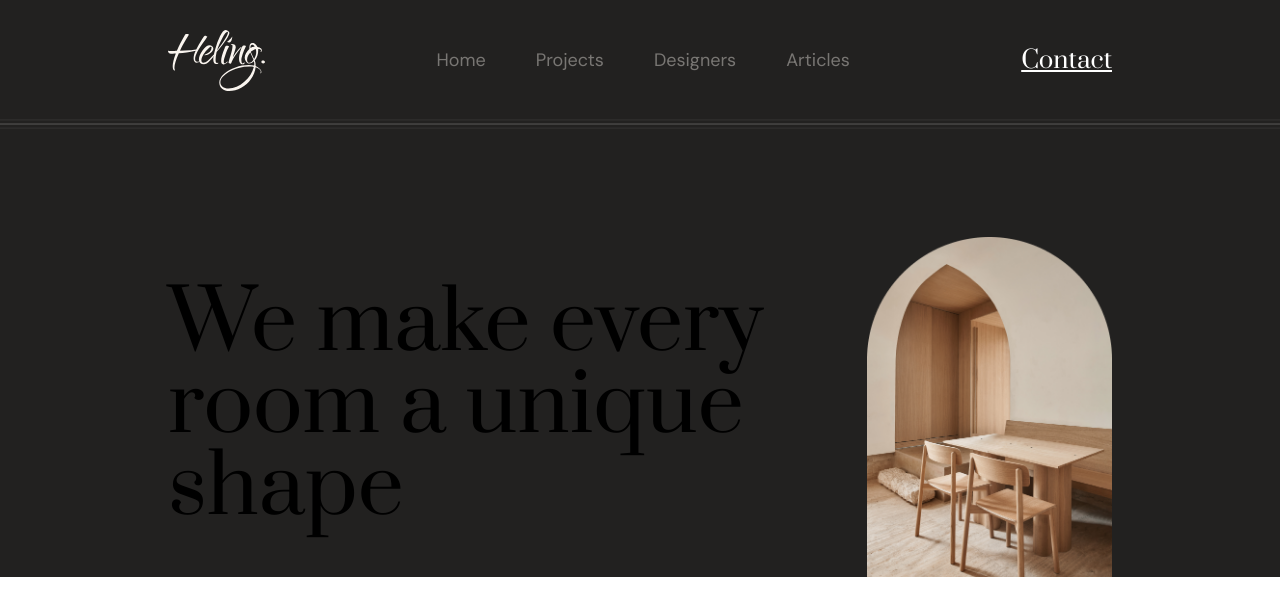
Repository: vandangnhathung/healingui_website
Page: /
These files come from the project's save history. The page is drawn as it stood at one moment and after the next save; the edit follows.
The browser window is 1280 px wide. The pictures show the whole page.
The project was rebuilt for these pictures with package versions that can differ from the ones it lists, and the page was loaded fresh each time. Also part of the build but not shown: src/App.css.

Above is the page before, as saved 2022-03-16 13:00:02.

### src/App.js
import "./App.css";
import Container from "./components/Container/Container";
import Header from "./components/Header/Header";
function App() {
  return (
    <div>
      <Header></Header>
      <Container></Container>
    </div>
  );
}

export default App;

### src/components/Container/Container.js
import React from "react";
import styled from "styled-components";
import Image1 from "../../Images/Image1.png";
const Container = () => {
  const StyledContainer = styled.div`
    background-color: #222120;
    @import url("https://fonts.googleapis.com/css2?family=DM+Sans:wght@400;500;700&display=swap");
    font-family: "DM Sans", sans-serif;
    @import url("https://fonts.googleapis.com/css2?family=Prata&display=swap");
  `;
  const Container = styled.div`
    padding: 108px 168px 0;
    display: flex;
    align-items: center;
    justify-content: space-between;
  `;
  const Slogan = styled.h2`
    letter-spacing: -2%;
    font-size: 82px;
    line-height: 1;
    font-family: "Prata", serif;
  `;
  const Image1Div = styled.img`
    width: auto;
    height: auto;
  `;
  return (
    <StyledContainer>
      <Container>
        <div>
          <Slogan>We make every room a unique shape</Slogan>
        </div>
        <div>
          <Image1Div src={Image1} alt="" />
        </div>
      </Container>
    </StyledContainer>
  );
};

export default Container;

### src/components/Header/Header.js
import React from "react";
import styled from "styled-components";
import headerLine from "../../Images/header-line.png";
const Header = () => {
  const StyledHeader = styled.div`
    background-color: #222120;
    @import url("https://fonts.googleapis.com/css2?family=DM+Sans:wght@400;500;700&display=swap");
    font-family: "DM Sans", sans-serif;
    @import url("https://fonts.googleapis.com/css2?family=Prata&display=swap");
  `;
  const Header = styled.div`
    display: flex;
    justify-content: space-between;
    align-items: center;
    padding: 30px 168px 28px;
  `;
  const ListNav = styled.ul`
    color: #faf5ef;
    opacity: 0.4;
    font-weight: 400;
    font-size: 18px;
    line-height: 0.6;
    display: flex;
    align-items: center;
    list-style: none;
    gap: 0 50px;
  `;
  const ItemNav = styled.li`
    cursor: pointer;
  `;
  const ContactDiv = styled.h3`
    font-family: "Prata", serif;
  `;
  return (
    <StyledHeader>
      <Header>
        <div>
          <svg
            width="97"
            height="61"
            viewBox="0 0 97 61"
            fill="none"
            xmlns="http://www.w3.org/2000/svg"
          >
            <path
              d="M0.241098 20.6943L1.38631 20.9951C5.56534 20.9951 8.05669 20.9349 8.86035 20.8146C11.1106 15.6009 13.8832 10.1667 17.1782 4.51183C17.4595 4.23109 18.1426 4.09073 19.2276 4.09073C20.3125 4.09073 20.855 4.35141 20.855 4.87278L17.9618 9.50493C15.5508 13.5957 13.5618 17.3254 11.9946 20.6943L21.9399 20.213C23.4267 20.1328 25.5162 19.8922 28.2085 19.4911C29.856 16.2827 31.6039 13.2147 33.4523 10.287C35.3008 7.3192 36.4661 5.8353 36.9483 5.8353C37.4305 5.8353 37.9327 5.95562 38.4551 6.19625C39.0177 6.39678 39.299 6.61736 39.299 6.85799C38.8569 7.45956 38.3547 8.14135 37.7921 8.90335C37.2697 9.66535 36.7272 10.4274 36.1647 11.1893C30.1372 19.2104 27.1235 25.1861 27.1235 29.1164C27.1235 30.9211 27.8468 31.8235 29.2934 31.8235L31.3427 31.5227C31.4633 31.5227 31.5236 31.5628 31.5236 31.643C31.5236 31.8435 31.1619 32.0641 30.4386 32.3047C29.7153 32.5855 29.1528 32.7258 28.7509 32.7258C27.8267 32.7258 27.0632 32.3248 26.4605 31.5227C25.8979 30.7206 25.6167 29.7179 25.6167 28.5148C25.6167 26.2288 26.2998 23.6621 27.666 20.8146C21.1563 22.3787 15.5508 23.1607 10.8494 23.1607C7.91605 29.6177 6.44937 34.4303 6.44937 37.5986C6.44937 38.5611 6.56992 39.263 6.81102 39.7041C7.05211 40.1453 7.17266 40.406 7.17266 40.4862C7.17266 40.5664 7.07221 40.6065 6.87129 40.6065C5.4247 40.6065 4.70141 39.1026 4.70141 36.0947C4.70141 33.0868 5.74617 28.8757 7.83568 23.4615C5.50507 23.622 3.87766 23.7022 2.95345 23.7022C0.984483 23.7022 0 22.7597 0 20.8748C0 20.7544 0.0803659 20.6943 0.241098 20.6943Z"
              fill="#FAF5EF"
            />
            <path
              d="M46.2833 24.1834C46.5244 24.1834 46.6449 24.2837 46.6449 24.4842C46.6449 24.6446 46.6047 24.8051 46.5244 24.9655C42.3052 31.1016 38.8092 34.1696 36.0366 34.1696C32.6211 34.1696 30.9133 32.5855 30.9133 29.4172C30.9133 26.9707 32.1188 24.003 34.5297 20.5138C36.9809 17.0247 39.3517 15.2801 41.6421 15.2801C42.6065 15.2801 43.4504 15.6009 44.1737 16.2426C44.9371 16.8442 45.3189 17.5861 45.3189 18.4684C45.3189 19.9924 44.3746 21.4964 42.486 22.9803C40.5974 24.4642 38.7691 25.2061 37.001 25.2061C36.6394 25.2061 36.4585 25.1259 36.4585 24.9655L36.6394 24.6647C41.2604 23.2209 43.5709 20.8547 43.5709 17.5661C43.5709 17.0848 43.4102 16.8442 43.0887 16.8442C42.6065 16.8442 41.8029 17.3054 40.6777 18.2278C38.7088 19.832 37.001 21.8373 35.5544 24.2436C34.1078 26.6499 33.3845 28.6752 33.3845 30.3195C33.3845 31.9638 34.0074 32.786 35.253 32.786C36.6594 32.786 38.2467 32.044 40.0147 30.5602C41.1398 29.5174 42.4458 28.1939 43.9326 26.5897C45.4595 24.9855 46.2431 24.1834 46.2833 24.1834Z"
              fill="#FAF5EF"
            />
            <path
              d="M49.0196 33.0868L49.984 32.786C50.1849 32.786 50.2854 32.8863 50.2854 33.0868C50.2854 33.7285 49.5822 34.0493 48.1758 34.0493C46.247 34.0493 45.2826 32.4451 45.2826 29.2367C45.2826 27.1111 45.9255 23.7423 47.2114 19.1302C48.4973 14.478 50.1247 10.1266 52.0936 6.07593C54.0626 2.02531 55.8307 0 57.3978 0C58.2818 0 59.1658 0.300787 60.0499 0.902364C60.9339 1.46384 61.3759 2.08547 61.3759 2.76726C61.3759 5.65483 57.1165 12.0717 48.5977 22.0177C47.9146 24.9855 47.573 27.5723 47.573 29.7781C47.573 31.9839 48.0552 33.0868 49.0196 33.0868ZM59.9293 2.58678C59.9293 2.10552 59.7887 1.86489 59.5074 1.86489C58.3019 1.86489 56.5539 4.01052 54.2635 8.30177C51.9731 12.5529 50.2251 16.6035 49.0196 20.4536C56.2928 10.9487 59.9293 4.9931 59.9293 2.58678Z"
              fill="#FAF5EF"
            />
            <path
              d="M64.165 6.73767C64.2454 6.73767 64.2856 6.83793 64.2856 7.03846L63.9842 8.78304C63.3814 11.2696 62.4572 12.5128 61.2116 12.5128C60.2873 12.5128 59.5641 12.2722 59.0417 11.7909C60.5686 10.7482 62.2764 9.06377 64.165 6.73767ZM61.0307 16.6035C59.7851 18.7291 58.5997 21.4362 57.4745 24.7248C56.3494 27.9734 55.7869 30.2193 55.7869 31.4625C55.7869 32.7058 56.048 33.3274 56.5704 33.3274C56.9321 33.3274 57.3942 33.1068 57.9567 32.6657C58.5193 32.2245 58.8609 31.9438 58.9814 31.8235C59.102 31.7032 59.2426 31.5828 59.4033 31.4625C59.5641 31.4625 59.6444 31.5427 59.6444 31.7032C59.6444 32.1844 59.0618 32.7459 57.8965 33.3876C56.7713 34.0694 55.9476 34.4103 55.4252 34.4103C53.8983 34.4103 53.1348 33.3074 53.1348 31.1016C53.1348 27.8129 54.3403 23.4214 56.7512 17.927C56.7512 17.7666 56.8517 17.4658 57.0526 17.0247C57.2937 16.5835 57.4745 16.3028 57.5951 16.1824C57.8764 15.9017 58.2581 15.7613 58.7403 15.7613C60.1467 15.7613 60.9102 16.0421 61.0307 16.6035Z"
              fill="#FAF5EF"
            />
            <path
              d="M78.0084 16.3629C78.0084 16.2025 77.9079 16.3028 77.707 16.6637C76.5819 18.7091 75.5773 21.1755 74.6933 24.0631C73.8092 26.9507 73.3672 28.8356 73.3672 29.7179C73.3672 32.1644 73.8092 33.3876 74.6933 33.3876C74.9745 33.3876 75.3362 33.187 75.7782 32.786C76.2604 32.425 76.4613 32.2446 76.381 32.2446C76.5015 32.2446 76.5618 32.405 76.5618 32.7258C76.5618 33.7686 75.959 34.2899 74.7535 34.2899C73.548 34.2899 72.6238 33.7485 71.9809 32.6657C71.338 31.6229 71.0165 30.119 71.0165 28.1538C71.0165 26.1887 71.5389 23.6019 72.5837 20.3935C73.6284 17.145 74.633 15.5207 75.5974 15.5207H75.8988C77.3052 15.5207 78.0084 15.8014 78.0084 16.3629ZM73.307 16.9645C73.3471 17.0046 73.3672 17.0848 73.3672 17.2051C73.3672 17.2853 73.2065 17.526 72.885 17.927C68.5453 23.1808 65.5315 27.6726 63.8439 31.4024L63.3014 32.9665C63.0603 33.4076 62.7589 33.6282 62.3973 33.6282C62.0356 33.6282 61.6338 33.5279 61.1918 33.3274C60.7498 33.1269 60.5288 32.8863 60.5288 32.6055C60.5288 31.9237 61.1918 29.5174 62.5178 25.3866C63.8439 21.2156 64.5069 18.0874 64.5069 16.002C64.5069 15.4405 64.3662 15.0996 64.085 14.9793C63.8037 14.859 63.5224 14.8189 63.2411 14.859C62.9598 14.859 62.8192 14.7587 62.8192 14.5582C62.8192 14.1972 63.1206 14.0168 63.7233 14.0168C66.4156 14.0168 67.7617 15.1197 67.7617 17.3254C67.7617 18.1676 66.7973 21.4362 64.8685 27.1312C66.6366 24.3639 68.3444 21.9776 69.9919 19.9724C71.6394 17.9671 72.7444 16.9645 73.307 16.9645Z"
              fill="#FAF5EF"
            />
            <path
              d="M86.7293 30.3797C87.3321 31.5026 87.6334 33.0066 87.6334 34.8915C87.6334 35.2926 87.6134 35.6736 87.5732 36.0345C89.2207 36.7163 90.5869 37.5986 91.6718 38.6815C92.797 39.7643 93.3595 40.787 93.3595 41.7495C93.3595 42.7521 93.1184 43.2534 92.6362 43.2534C92.5157 43.2534 92.4152 43.1331 92.3349 42.8925C92.6563 42.4513 92.817 42.0302 92.817 41.6292C92.817 40.787 92.2746 39.9448 91.1896 39.1026C90.1047 38.2604 88.9193 37.6387 87.6334 37.2377C87.1512 41.3685 85.6042 45.2587 82.9923 48.9083C80.4206 52.598 77.1658 55.5256 73.2278 57.6913C69.2899 59.8971 65.2515 61 61.1127 61C58.2999 61 55.9692 60.2179 54.1208 58.6538C52.2322 57.0897 51.2879 54.9241 51.2879 52.1568C51.2879 49.4296 52.835 46.6824 55.9291 43.9152C59.0232 41.188 62.8606 39.0223 67.4415 37.4181C71.9822 35.8139 76.4425 35.0118 80.8224 35.0118C82.8718 35.0118 84.6197 35.1923 86.0663 35.5533C86.227 35.072 86.3074 34.6308 86.3074 34.2298C86.3074 32.8662 86.1467 31.9037 85.8252 31.3422C84.2581 32.786 82.8316 33.5079 81.5457 33.5079C80.2599 33.5079 79.1347 32.8863 78.1704 31.643C77.206 30.3997 76.7238 29.0763 76.7238 27.6726C76.7238 24.8652 78.2708 21.9576 81.3649 18.9497C81.3649 16.6637 81.606 15.1197 82.0882 14.3176C82.6106 13.5154 83.5549 13.1144 84.9211 13.1144C86.3275 13.1144 87.8545 14.4379 89.502 17.0848C92.3951 17.6062 93.8417 18.669 93.8417 20.2732C93.8417 20.6341 93.7212 21.0151 93.4801 21.4162C93.2792 21.7771 93.0581 21.9576 92.817 21.9576C92.5759 21.9576 92.4554 21.8774 92.4554 21.717C92.8572 21.4362 93.0581 21.1154 93.0581 20.7544C93.0581 19.5513 92.0938 18.9497 90.165 18.9497C90.2052 19.2705 90.2253 19.6916 90.2253 20.213C90.2253 24.0631 89.0599 27.452 86.7293 30.3797ZM86.6691 16.784C86.1065 15.4605 85.2627 14.7988 84.1375 14.7988C83.0124 14.7988 82.4498 15.8817 82.4498 18.0473V18.1075C83.7759 17.2252 85.0216 16.784 86.1869 16.784H86.6691ZM88.2362 22.0177C88.2362 20.8948 88.0554 19.8922 87.6937 19.0099C87.0106 19.2505 86.0261 19.7117 84.7403 20.3935C83.4946 21.0352 82.8718 21.4964 82.8718 21.7771C82.8718 22.098 83.9366 24.4842 86.0663 28.9359C87.5129 26.8504 88.2362 24.5444 88.2362 22.0177ZM79.0745 29.6578C79.0745 31.7433 79.8781 32.786 81.4854 32.786C82.8918 32.786 84.2179 31.8034 85.4636 29.8383L82.3293 22.3787C81.4854 23.2209 80.722 24.3639 80.0389 25.8077C79.3959 27.2515 79.0745 28.5348 79.0745 29.6578ZM81.8471 36.5759C78.0297 36.5759 74.2726 37.0572 70.5758 38.0197C66.8789 39.0224 63.7246 40.2656 61.1127 41.7495C58.5008 43.2735 56.3912 44.9379 54.7838 46.7426C53.1765 48.5473 52.3729 50.3721 52.3729 52.217C52.3729 54.1019 53.0962 55.6058 54.5428 56.7288C55.9492 57.8918 57.9382 58.4734 60.5099 58.4734C66.0552 58.4734 71.3192 56.2676 76.3018 51.856C81.2443 47.4845 84.4188 42.4914 85.8252 36.8767C84.8608 36.6762 83.5348 36.5759 81.8471 36.5759Z"
              fill="#FAF5EF"
            />
            <path
              d="M95.1315 30.5C95.6137 30.5 96.0356 30.6604 96.3973 30.9813C96.7991 31.262 97 31.5828 97 31.9438C97 32.3448 96.7991 32.6857 96.3973 32.9665C96.0356 33.2472 95.674 33.3876 95.3123 33.3876C94.0265 33.3876 93.3835 32.8462 93.3835 31.7633C93.3835 30.9211 93.9662 30.5 95.1315 30.5Z"
              fill="#FAF5EF"
            />
          </svg>
        </div>
        <ListNav>
          <ItemNav>Home</ItemNav>
          <ItemNav>Projects</ItemNav>
          <ItemNav>Designers</ItemNav>
          <ItemNav>Articles</ItemNav>
        </ListNav>
        <ContactDiv className="text-2xl leading-7 text-white underline">
          Contact
        </ContactDiv>
      </Header>
      <img src={headerLine} alt="" />
    </StyledHeader>
  );
};

export default Header;

Loaded but not shown: public/index.html (common file); src/index.js (common file); src/index.css (common file); src/reportWebVitals.js (common file); tailwind.config.js (common file)

After the next save:
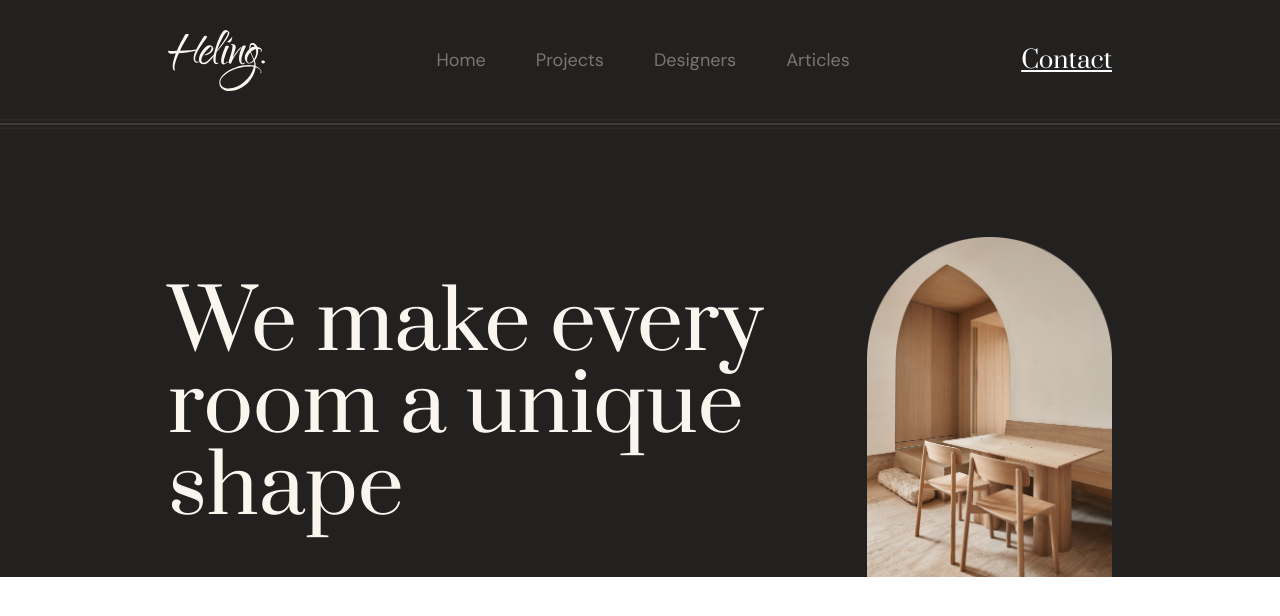
Saved 7 s later.
--- a/src/components/Container/Container.js
+++ b/src/components/Container/Container.js
@@ -19,6 +19,7 @@ const Container = () => {
     font-size: 82px;
     line-height: 1;
     font-family: "Prata", serif;
+    color: #faf5ef;
   `;
   const Image1Div = styled.img`
     width: auto;
